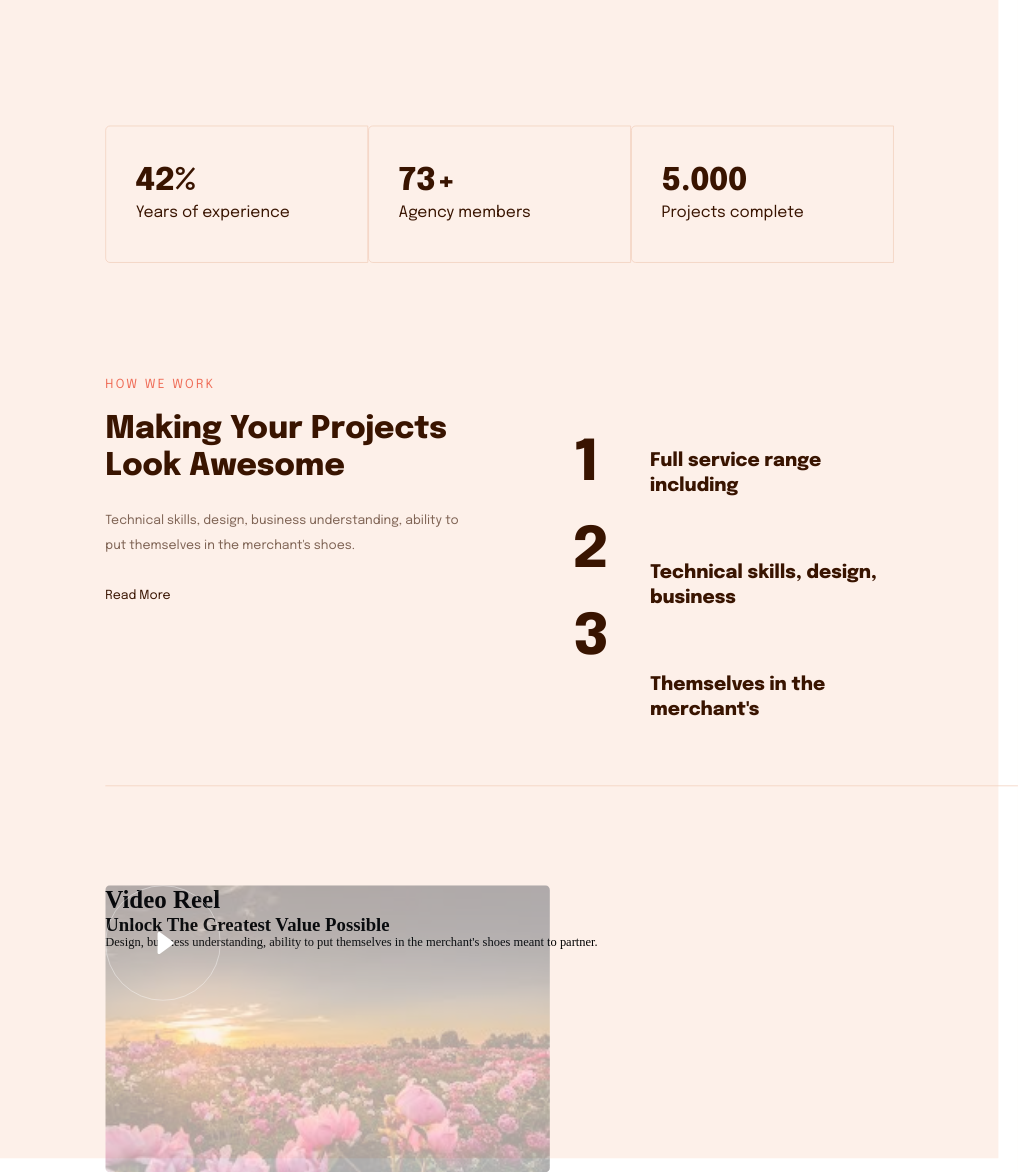
Repository: AytacJafarova/task2
Page: index.html
An editor plug-in stored every save of this project. The page is shown before and after the next save, followed by the edit.
The browser window is 1280 px wide. The page is 1305 px wide, so the pictures cover 1305 px, including what lies to the right of the window. The pictures show the whole page, at 78% of full size.

Above is the page before, as saved 2023-08-01 14:00:28.

### index.html
<!DOCTYPE html>
<html lang="en">

<head>
    <meta charset="UTF-8">
    <meta name="viewport" content="width=device-width, initial-scale=1.0">
    <title>Document</title>
    <link rel="stylesheet" href="./index.css">
</head>

<body>
    <div class="container">
        <div class="projects">
            <ul>
                <li>
                    <h1>42%</h1>
                    <p>Years of experience</p>
                </li>
                <li>
                    <h1>73+</h1>
                    <p>Agency members</p>
                </li>
                <li>
                    <h1>5.000</h1>
                    <p>Projects complete</p>
                </li>
            </ul>
        </div>
        <div class="work">
            <div class="box1">
                <h1>How we work</h1>
                <h2>Making Your Projects <br> Look Awesome</h2>
                <p class="put">Technical skills, design, business understanding, ability to put themselves in the
                    merchant's shoes.</p>
                <p>Read More</p>
            </div>
            <div class="box2">
                <ul>
                    <li>1</li>
                    <li>2</li>
                    <li>3</li>
                </ul>
                <div class="texts">
                    <h1>Full service range including</h1>
                    <h1>Technical skills, design, business</h1>
                    <h1>Themselves in the merchant's</h1>
                </div>
            </div>
        </div>
        <div class="border"></div>
        <div class="video">
            <div class="video-img">
                <img class="first" src="./images/images.jpg" alt="">
                <img src="./images/play.svg" alt="">
            </div>
            <div class="texts">
                <h1>Video Reel</h1>
                <h2>Unlock The Greatest Value Possible</h2>
                <p>Design, business understanding, ability to put themselves in the merchant's shoes meant to partner.
                </p>
            </div>
        </div>
    </div>
</body>

</html>

### index.css
@import url('https://fonts.googleapis.com/css2?family=Epilogue:wght@400;800&display=swap');
* {
    padding: 0;
    margin: 0;
    box-sizing: border-box;
}
.container {
    padding: 161px 134px 268px 135px;
    background: #FDF0E9;
}
.projects ul {
    display: flex;
}
.projects ul li {
    display: flex;
    flex-direction: column;
    justify-content: center;
    list-style-type: none;
    border-radius: 6px 0px 0px 6px;
border: 1px solid #F3D1BF;
width: 391px;
height: 176px;
padding-left: 38px;
}
.projects ul li h1 {
    color: var(--text-dark, #391400);
font-feature-settings: 'clig' off, 'liga' off;
font-family: Epilogue;
font-size: 40px;
font-style: normal;
font-weight: 800;
line-height: 48px;
}
.projects ul li p {
    color: var(--text-dark, #391400);
font-feature-settings: 'clig' off, 'liga' off;
font-family: Epilogue;
font-size: 20px;
font-style: normal;
font-weight: 400;
line-height: 32px;
}
.work {
    display:flex ;
    margin-top: 140px;
}
.box1 h1 {
    color: var(--text-dark-accent, #EF6D58);
font-feature-settings: 'clig' off, 'liga' off;
font-family: Epilogue;
font-size: 16px;
font-style: normal;
font-weight: 400;
line-height: 32px;
letter-spacing: 3px;
text-transform: uppercase;
margin-bottom: 17px;
}
.box1 h2 {
    color: var(--text-dark, #391400);
font-feature-settings: 'clig' off, 'liga' off;
font-family: Epilogue;
font-size: 40px;
font-style: normal;
font-weight: 800;
line-height: 48px;
margin-bottom: 30px;
}
.box1 .put {
    width: 470px;
height: 68px;
flex-shrink: 0;
    color: var(--text-dark-gray, rgba(57, 20, 0, 0.64));
font-feature-settings: 'clig' off, 'liga' off;
font-family: Epilogue;
font-size: 16px;
font-style: normal;
font-weight: 400;
line-height: 32px;
margin-bottom: 28px;
}
.box1 p {
    color: var(--text-dark, #391400);
font-feature-settings: 'clig' off, 'liga' off;
font-family: Epilogue;
font-size: 16px;
font-style: normal;
font-weight: 400;
line-height: 32px;
}
.box2 {
    display: flex;
    margin-left: 130px;
    margin-top: 78px;
}
.box2 ul li {
    list-style-type: none;
    color: #391400;
font-feature-settings: 'clig' off, 'liga' off;
font-family: Epilogue;
font-size: 72px;
font-style: normal;
font-weight: 800;
line-height: 80px;
letter-spacing: -2px;
margin-bottom: 32px;
}
.box2 .texts h1 {
    color: var(--text-dark, #391400);
font-feature-settings: 'clig' off, 'liga' off;
font-family: Epilogue;
font-size: 24px;
font-style: normal;
font-weight: 700;
line-height: 32px;
margin-bottom: 80px;
margin-top: 20px;
margin-left: 54px;
}
.border {
    width: 1170px;
height: 1px;
flex-shrink: 0;
background: #F3D1BF;
}
.video {
    display: flex;
    margin-top:127px;
}
.video .video-img .first  {
    width: 570px;
    height: 368px;
    flex-shrink: 0;
    border-radius: 6px;
opacity: 0.318057119846344;
background: #5C2000;
}
.video .video-img  img {
    width: 148px;
height: 148px;
flex-shrink: 0;
color: FFFFF;
margin-bottom: 0;
position: absolute;
}
.video-img {
    position: relative;
}

After the next save:
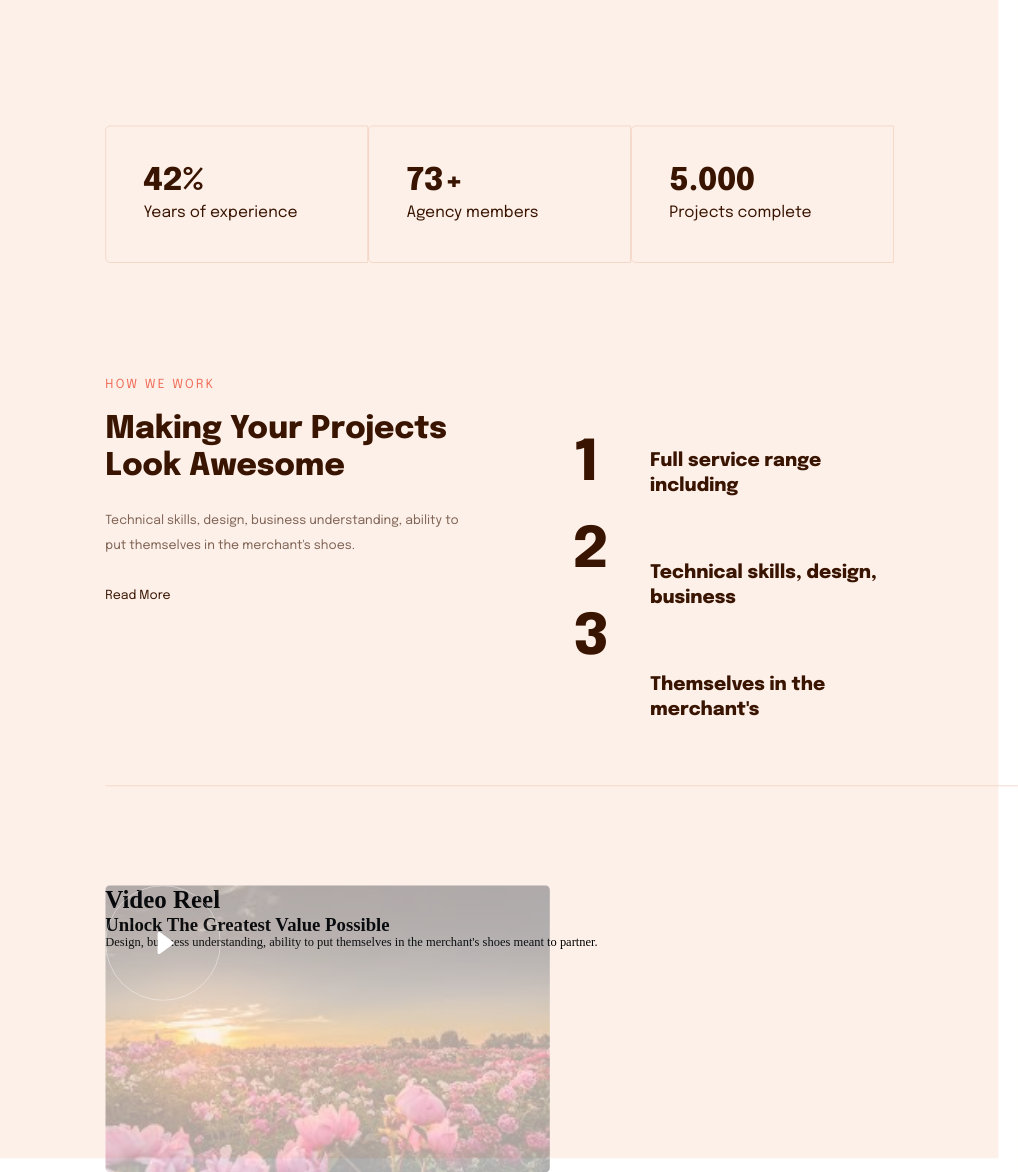
Saved 88 s later.
--- a/index.css
+++ b/index.css
@@ -20,7 +20,7 @@
 border: 1px solid #F3D1BF;
 width: 391px;
 height: 176px;
-padding-left: 38px;
+padding-left: 48px;
 }
 .projects ul li h1 {
     color: var(--text-dark, #391400);
